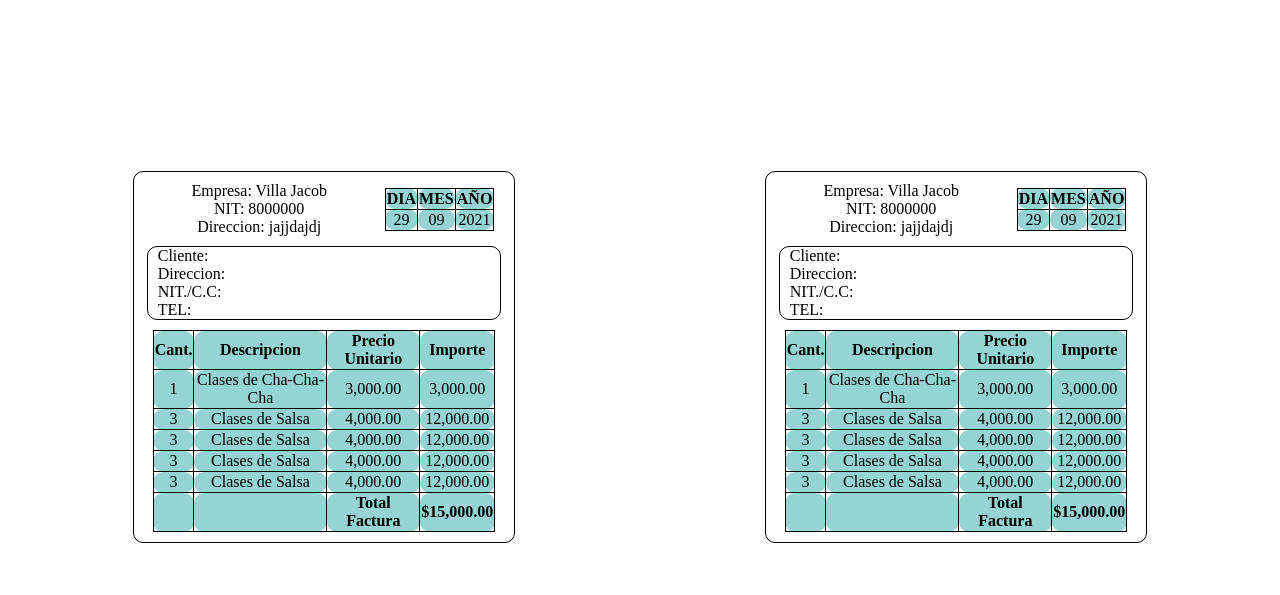
Repository: MrVanQish/FacturaEstructura
Page: index.html
The author's editor kept a copy of each file at every save. The page is drawn from the files as they stood at one save, then again after the next save.
The browser window is 1280 px wide. The pictures show the whole page.

Above is the page before, as saved 2021-09-29 11:52:30.

After the next save:
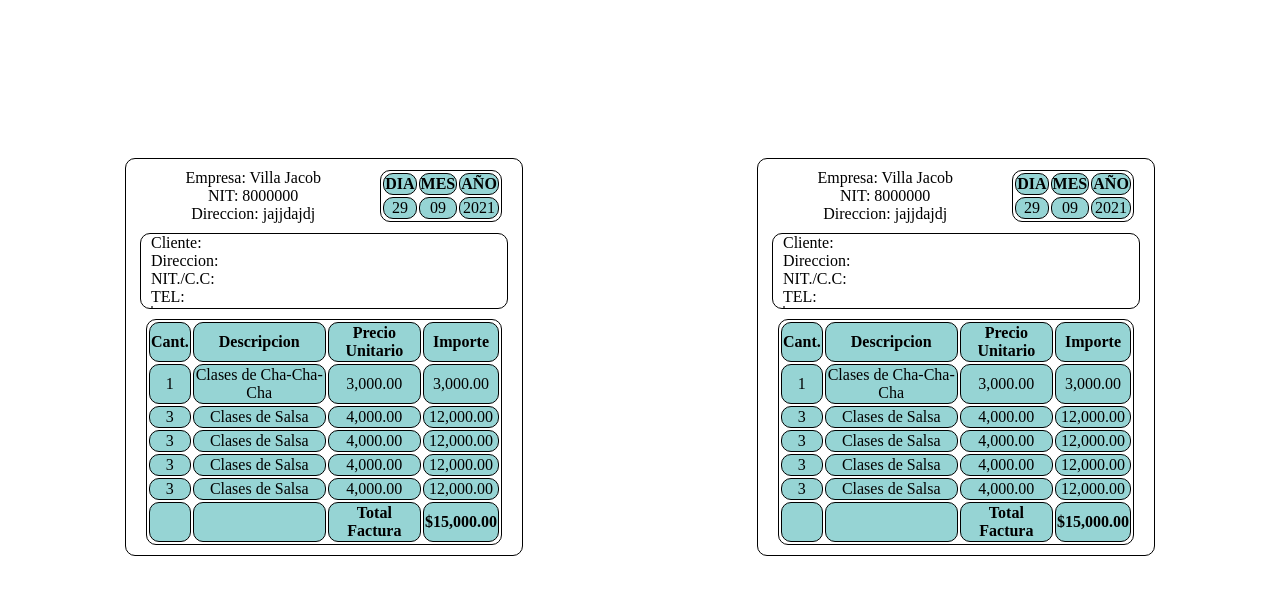
Saved 13 s later.
--- a/styles.css
+++ b/styles.css
@@ -4,7 +4,7 @@
 
 table, th, td {
   border: 1px solid black;
-  border-collapse: collapse;
+/*   border-collapse: collapse; */
   border-radius: 10px;
 }
 th, td {

After the save that followed:
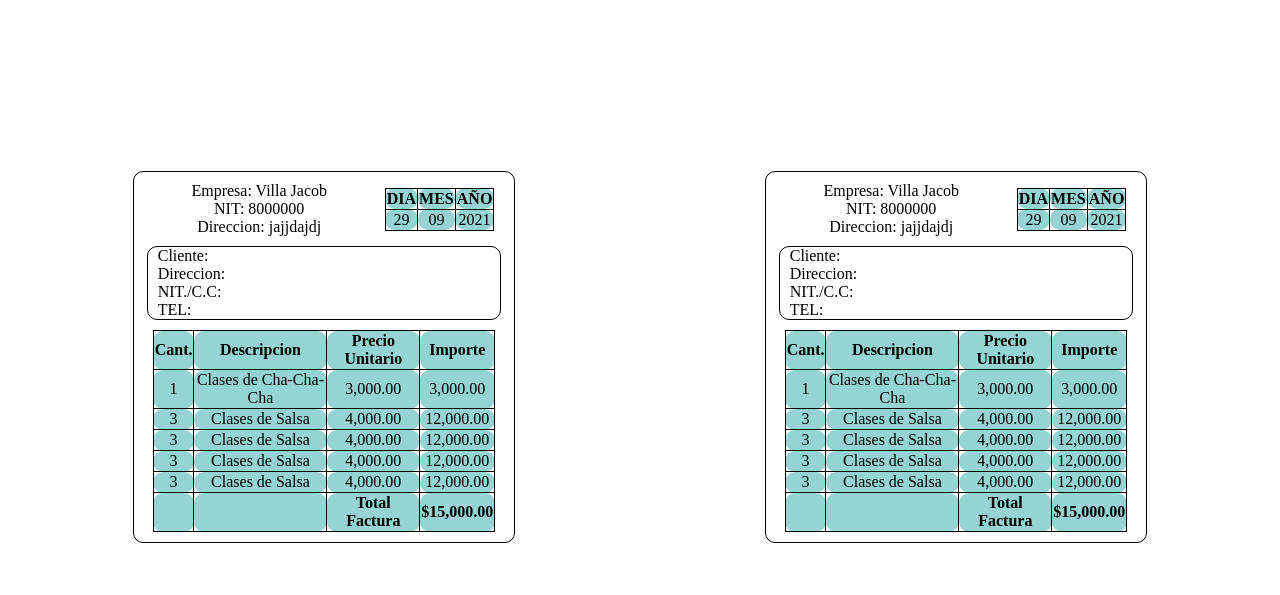
Saved 11 s later.
--- a/styles.css
+++ b/styles.css
@@ -4,7 +4,7 @@
 
 table, th, td {
   border: 1px solid black;
-/*   border-collapse: collapse; */
+  border-collapse: collapse;
   border-radius: 10px;
 }
 th, td {
